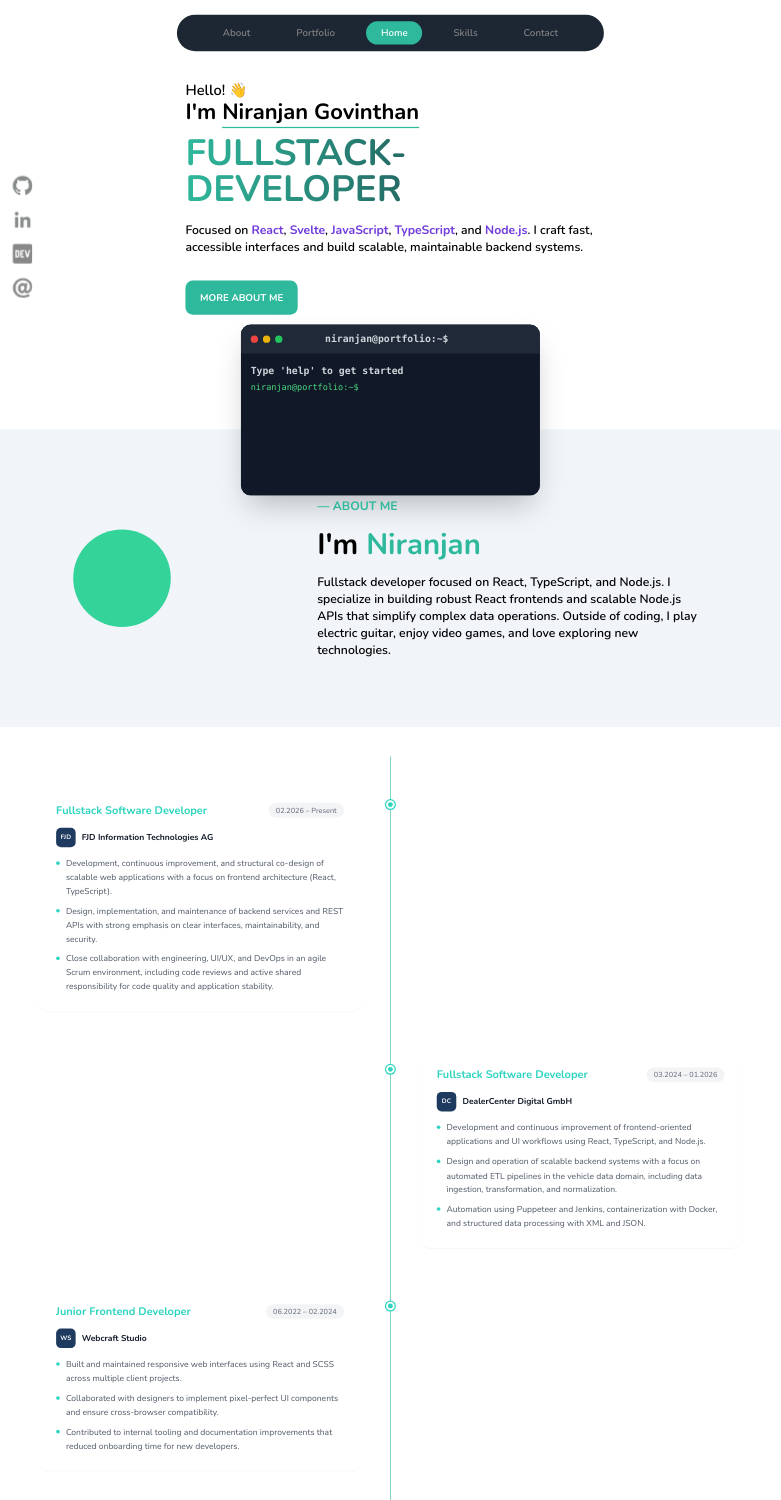
Repository: Niranjan-webdev/My-portfolio
Page: /
An editor plug-in stored every save of this project. The page is shown before and after the next save, followed by the edit.
The browser window is 1280 px wide. The pictures show the whole page, at 61% of full size.
The project was rebuilt for these pictures with package versions that can differ from the ones it lists, and the page was loaded fresh each time. Also part of the build but not shown: next.config.mjs.

Above is the page before, as saved 2026-03-21 11:14:52.

### src/index.css

body {

  margin: 0;
  font-family: "Nunito", sans-serif;
  -webkit-font-smoothing: antialiased;
  -moz-osx-font-smoothing: grayscale;
}

code {
  font-family: source-code-pro, Menlo, Monaco, Consolas, 'Courier New',
    monospace;
}

### src/App.js
import logo from './logo.svg';
import './App.css';
import { RiHeartFill } from '@remixicon/react'
import { Topnavbar, MainContainer } from './components';
// import Topnavbar from './components/Topnavbar';

function App() {
  return (
   <>
    <Topnavbar/>
    <MainContainer/>
   </>
  );
}

export default App;

### src/App.css
@import url('https://fonts.googleapis.com/css2?family=Fira+Code:wght@300..700&family=Nunito:ital,wght@0,200..1000;1,200..1000&display=swap');

@tailwind base;
@tailwind components;
@tailwind utilities;


.topbar__wrapper{
    @apply w-full flex justify-center
}
.topbar__content{
    @apply  py-2 bg-[#1d2734] mt-6 px-6 py-[18px] rounded-[30px] w-[700px]
}
.topbar__content ul {
   @apply flex justify-evenly
}
.topbar__content ul li{

}
.topbar__content ul li a{
    @apply  font-semibold py-2 px-6 rounded-full
}
/* .topbar__content ul li a:hover{
    @apply  text-lg
} */
.socialmedia__bar a img{
    @apply opacity-50
}
/* .burgerMenu span{
    @apply
} */

### src/components/index.js
export {default as Topnavbar} from "./Topnavbar"
export {default as MainContainer} from "./MainContainer"
export {default as Terminal} from "./terminal"
export {default as Timeline} from "./timeLine"
export {default as TimelineCard} from "./TimelineCard"

export {default as github} from "../assets/github-logo-dark.png"
export {default as linkedIn} from "../assets/linkedin-logo-dark.png"
export {default as DevTo} from "../assets/devto-logo-light.png"
export {default as mail} from "../assets/mail-logo-dark.5ab6061889d3fa3a24ef.png"

### src/components/Topnavbar.js
import { useState } from 'react'
import React from 'react'
import logo from '../assets/logo.svg'

function Topnavbar() {
    const [activeTab, setActiveTab] = useState('Home')
    const [isMenuOpen, setIsMenuOpen] = useState(false)

    const navItems = ['About', 'Portfolio', 'Home', 'Skills', 'Contact']

    const handleTabClick = (tabName) => {
        setActiveTab(tabName)
        console.log('Active tab changed to:', tabName)
    }
    const handleModal = () => {
        setIsMenuOpen(!isMenuOpen)
    }
    return (
        <>
            <div className='topbar__wrapper'>
                <nav className='topbar__content'>
                    <ul className=''>
                        {navItems.map((item) => (
                            <li key={item}>
                                <a
                                    onClick={() => handleTabClick(item)}
                                    className={`cursor-pointer transition-colors duration-200 ${activeTab === item
                                            ? 'bg-[#2eb89c] text-white font-semibold px-4 py-2 rounded'
                                            : 'text-[#808080] hover:text-[#2eb89c] px-4 py-2'
                                        }`}
                                >
                                    {item}
                                </a>
                            </li>
                        ))}
                    </ul>
                </nav>
            </div>
           {/* <div className='responsive__topbar fixed bg-white z-50'>
                <button className='burgerMenu fixed right-10 top-10 flex flex-col gap-[3px]'
                onClick={handleModal}>
                    <span className={`px-[12px] py-[2px] bg-black w-full rounded transition-transform duration-300
                      ${  isMenuOpen? 'rotate-45 translate-y-1.5' : ''
                    }`}
                   ></span>
                    <span className={`px-[12px] py-[2px] bg-black w-full rounded
                         ${  isMenuOpen? 'opacity-0' : ''
                }`}></span>
                    <span className={`px-[12px] py-[2px] bg-black w-full rounded transition-transform duration-300
                      ${  isMenuOpen? '-rotate-45 -translate-y-1.5' : ''
                    }`}></span>
                </button>
                <ul className={`responsive__content h-screen w-screen flex flex-col items-center justify-evenly
                ${isMenuOpen ? 'h-screen opacity-100' : 'max-h-0 opacity-0'}`}>
                {navItems.map((item) => (
                            <li key={item}>
                                <a
                                    onClick={() => handleTabClick(item)}
                                    className={"text-2xl font-bold"}>
                                    {item}
                                </a>
                            </li>
                        ))}
                </ul>
            </div>  */}
        </>
    )
}

export default Topnavbar

### src/components/MainContainer.js
import React from 'react'
import hero from '../assets/hero.png'
import logoOutline from '../assets/logo-outline.svg'
import dotcircles from '../assets/dotcircles.svg'
import { Terminal, github, linkedIn, mail, DevTo } from "./index"
import TimeLine from './timeLine'
// import OwlCarousel from 'react-owl-carousel';
// import 'owl.carousel/dist/assets/owl.carousel.css';
// import 'owl.carousel/dist/assets/owl.theme.default.css';

function MainContainer() {
    return (
        <>
            {/* Hero Banner start */}
            <section className='w-full'>
                {/* Social media bar */}
                <div className='socialmedia__bar ml-[1.3rem] fixed top-[40%] flex md:flex-col flex-col gap-6 w-[32px]'>
                    <a><img src={github} /></a>
                    <a><img src={linkedIn} /></a>
                    <a><img src={DevTo} /></a>
                    <a><img src={mail} /></a>
                </div>
                {/* Social media bar */}
                <div className='hero__banner h-[calc(100vh-100px)] flex items-center justify-around px-[5rem] py-[3rem] md:flex flex-wrap gap-4'>
                    <div className='banner__content w-3/5'>
                        <h4 className='text-2xl font-semibold'>Hello! 👋</h4>
                        <h2 className='text-4xl mb-4 font-bold'>I'm <span className='border-b-2 border-[#2eb89c]'>Niranjan Govinthan</span></h2>
                        <h1 className='text-6xl mb-6 font-bold bg-gradient-to-r from-[#2eb89c] to-[#1d2734] text-transparent bg-clip-text'>FULLSTACK-DEVELOPER</h1>
                        <p className='text-xl mb-10 font-semibold'>Focused on  <span className='text-[#713cdd] font-bold'>React</span>,  <span className='text-[#713cdd] font-bold'>Svelte</span>, <span className='text-[#713cdd] font-bold'>JavaScript</span>, <span className='text-[#713cdd] font-bold'>TypeScript</span>, and <span className='text-[#713cdd] font-bold'>Node.js</span>. I craft fast, accessible interfaces and build scalable, maintainable backend systems.</p>
                        <button className='py-4 px-6 bg-[#2eb89c] hover:bg-[#79cdb9] rounded-[12px] text-white text-base font-bold'>MORE ABOUT ME</button>
                    </div>
                    <Terminal />
                </div>
            </section>
            {/* Hero Banner end */}

            {/* About me */}
            <section className=' about__me flex bg-[#f1f5f9]'>
                <div className='about__container w-full py-[7rem] flex items-center justify-around'>
                    <div className='profile'>
                        <div className='p-20 rounded-full bg-emerald-400'></div>
                    </div>
                    <div className='about__content w-1/2'>
                        <h4 className='text-xl font-bold text-[#2eb89c] mb-6'>— ABOUT ME</h4>
                        <h2 className='text-5xl text-[#2eb89c] mb-6 font-bold'><span className='text-black'>I'm</span> Niranjan</h2>
                        <p className='text-xl font-[600]'>Fullstack developer focused on React, TypeScript, and Node.js. I specialize in building robust React frontends and scalable Node.js APIs that simplify complex data operations. Outside of coding, I play electric guitar, enjoy video games, and love exploring new technologies.</p>
                    </div>
                </div>

            </section>
            <TimeLine/>
            {/* About me */}
        </>
    )
}

export default MainContainer

### src/components/terminal.js
import React, { useState, useEffect, useRef } from 'react';

const Terminal = () => {
  const [input, setInput] = useState('');
  const [history, setHistory] = useState([
    { type: 'output', content: "Type 'help' to get started" }
  ]);
  const [currentPath, setCurrentPath] = useState('~');
  const [commandHistory, setCommandHistory] = useState([]);
  const [historyIndex, setHistoryIndex] = useState(-1);
  const inputRef = useRef(null);
  const terminalRef = useRef(null);

  // Sample file system structure
  const fileSystem = {
    '~': {
      type: 'directory',
      contents: {
        'projects': {
          type: 'directory',
          contents: {
            'portfolio': { type: 'directory', contents: {} },
            'blog': { type: 'directory', contents: {} },
            'README.md': { type: 'file', content: 'Welcome to my projects!' }
          }
        },
        'documents': {
          type: 'directory',
          contents: {
            'resume.pdf': { type: 'file', content: 'Resume file' },
            'notes.txt': { type: 'file', content: 'Personal notes' }
          }
        },
        'about.txt': { type: 'file', content: 'Full-stack developer passionate about creating amazing web experiences.' }
      }
    }
  };

  // Available commands
  const commands = {
    help: () => [
      'Available commands:',
      '  help     - Show this help message',
      '  clear    - Clear the terminal',
      '  ls       - List directory contents',
      '  cd       - Change directory',
      '  cat      - Display file contents',
      '  pwd      - Show current directory',
      '  whoami   - Display user information',
      '  date     - Show current date',
      '  echo     - Display text',
      '  about    - About me',
      '  skills   - My technical skills',
      '  contact  - Contact information'
    ],
    clear: () => {
      setHistory([]);
      return [];
    },
    ls: () => {
      const currentDir = getCurrentDirectory();
      if (currentDir && currentDir.contents) {
        return Object.keys(currentDir.contents).map(item => {
          const itemObj = currentDir.contents[item];
          return itemObj.type === 'directory' ? `📁 ${item}/` : `📄 ${item}`;
        });
      }
      return ['Directory not found'];
    },
    pwd: () => [currentPath],
    whoami: () => ['niranjan-dev'],
    date: () => [new Date().toString()],
    about: () => [
      'Hi! I\'m Niranjan, a Full-stack Developer',
      'Focused on JavaScript, Svelte, React, and Node.js',
      'I craft fast, accessible interfaces and build scalable,',
      'maintainable backend systems.',
      '',
      'Currently exploring new technologies and building',
      'innovative web solutions.'
    ],
    skills: () => [
      'Technical Skills:',
      '• Frontend: Svelte, React, TypeScript, JavaScript, HTML5, CSS3',
      '• Backend: Node.js, Express',
      '• Database: MongoDB',
      '• Tools: Git, Linux',
    ],
    contact: () => [
      'Get in touch:',
      '• Email: niranjan.g2k@gmail.com',
      '• GitHub: github.com/niranjanUidev',
      '• LinkedIn: linkedin.com/in/niranjan-dev',
      '• Website: niranjan-dev.de'
    ]
  };

  const getCurrentDirectory = () => {
    const pathParts = currentPath.split('/').filter(part => part !== '');
    let current = fileSystem['~'];

    for (const part of pathParts) {
      if (part === '~') continue;
      if (current.contents && current.contents[part]) {
        current = current.contents[part];
      } else {
        return null;
      }
    }
    return current;
  };

  const processCommand = (cmd) => {
    const trimmedCmd = cmd.trim();
    if (!trimmedCmd) return;

    const [command, ...args] = trimmedCmd.split(' ');

    // Add to command history
    setCommandHistory(prev => [...prev, trimmedCmd]);
    setHistoryIndex(-1);

    // Add command to history display
    setHistory(prev => [...prev, { type: 'command', content: `> ${trimmedCmd}` }]);

    if (commands[command]) {
      const result = commands[command](args);
      if (result.length > 0) {
        setHistory(prev => [...prev, { type: 'output', content: result }]);
      }
    } else if (command === 'echo') {
      setHistory(prev => [...prev, { type: 'output', content: [args.join(' ')] }]);
    } else if (command === 'cat') {
      const filename = args[0];
      const currentDir = getCurrentDirectory();
      if (currentDir && currentDir.contents && currentDir.contents[filename]) {
        const file = currentDir.contents[filename];
        if (file.type === 'file') {
          setHistory(prev => [...prev, { type: 'output', content: [file.content] }]);
        } else {
          setHistory(prev => [...prev, { type: 'output', content: [`cat: ${filename}: Is a directory`] }]);
        }
      } else {
        setHistory(prev => [...prev, { type: 'output', content: [`cat: ${filename}: No such file or directory`] }]);
      }
    } else if (command === 'cd') {
      const dir = args[0] || '~';
      if (dir === '~') {
        setCurrentPath('~');
      } else if (dir === '..') {
        const pathParts = currentPath.split('/').filter(part => part !== '');
        pathParts.pop();
        setCurrentPath(pathParts.length > 0 ? pathParts.join('/') : '~');
      } else {
        const currentDir = getCurrentDirectory();
        if (currentDir && currentDir.contents && currentDir.contents[dir] && currentDir.contents[dir].type === 'directory') {
          setCurrentPath(currentPath === '~' ? dir : `${currentPath}/${dir}`);
        } else {
          setHistory(prev => [...prev, { type: 'output', content: [`cd: ${dir}: No such file or directory`] }]);
        }
      }
    } else {
      setHistory(prev => [...prev, { type: 'output', content: [`Command not found: ${command}. Type 'help' for available commands.`] }]);
    }
  };

  const handleKeyDown = (e) => {
    if (e.key === 'Enter') {
      e.preventDefault();
      processCommand(input);
      setInput('');
    } else if (e.key === 'ArrowUp') {
      e.preventDefault();
      if (commandHistory.length > 0) {
        const newIndex = historyIndex === -1 ? commandHistory.length - 1 : Math.max(0, historyIndex - 1);
        setHistoryIndex(newIndex);
        setInput(commandHistory[newIndex]);
      }
    } else if (e.key === 'ArrowDown') {
      e.preventDefault();
      if (historyIndex !== -1) {
        const newIndex = historyIndex + 1;
        if (newIndex >= commandHistory.length) {
          setHistoryIndex(-1);
          setInput('');
        } else {
          setHistoryIndex(newIndex);
          setInput(commandHistory[newIndex]);
        }
      }
    }
  };

  const handleTerminalClick = () => {
    inputRef.current?.focus();
  };

  useEffect(() => {
    if (terminalRef.current) {
      terminalRef.current.scrollTop = terminalRef.current.scrollHeight;
    }
  }, [history]);

  useEffect(() => {
    inputRef.current?.focus();
  }, []);

  return (
    <div className="w-full max-w-[490px] max-h-[280px] bg-gray-900 rounded-[16px] shadow-2xl overflow-hidden">
      {/* Terminal Header */}
      <div className="bg-gray-800 px-4 py-3 flex items-center justify-between">
        <div className="flex items-center space-x-2">
          <div className="w-3 h-3 bg-red-500 rounded-full"></div>
          <div className="w-3 h-3 bg-yellow-500 rounded-full"></div>
          <div className="w-3 h-3 bg-green-500 rounded-full"></div>
        </div>
        <div className="text-gray-300 text-base font-bold font-mono">
          niranjan@portfolio:~$
        </div>
        <div className="w-16"></div>
      </div>

      {/* Terminal Content */}
      <div
        ref={terminalRef}
        className="bg-gray-900 text-green-400 font-mono text-sm p-4 h-96 cursor-text overflow-y-auto"
        onClick={handleTerminalClick}
      >
        {history.map((item, index) => (
          <div key={index} className="mb-1">
            {item.type === 'command' ? (
              <div className="text-green-500 text-base font-bold">{item.content}</div>
            ) : (
              <div className="text-gray-300 text-base font-bold">
                {Array.isArray(item.content) ? (
                  item.content.map((line, lineIndex) => (
                    <div key={lineIndex}>{line}</div>
                  ))
                ) : (
                  <div>{item.content}</div>
                )}
              </div>
            )}
          </div>
        ))}

        {/* Input Line */}
        <div className="flex items-center">
          <span className="text-green-400 mr-2">
            niranjan@portfolio:{currentPath}$
          </span>
          <input
            ref={inputRef}
            type="text"
            value={input}
            onChange={(e) => setInput(e.target.value)}
            onKeyDown={handleKeyDown}
            className="flex-1 bg-transparent text-green-400 outline-none font-mono"
            autoComplete="off"
            spellCheck="false"
          />
          {/* <span className="text-green-400 animate-pulse">█</span> */}
        </div>
      </div>
    </div>
  );
};

export default Terminal;

### src/components/timeLine.js
import React from 'react';
import TimelineCard from './TimelineCard';

const timelineData = [
  {
    date: '02.2026 – Present',
    title: 'Fullstack Software Developer',
    company: 'FJD Information Technologies AG',
    companyInitials: 'FJD',
    bullets: [
      'Development, continuous improvement, and structural co-design of scalable web applications with a focus on frontend architecture (React, TypeScript).',
      'Design, implementation, and maintenance of backend services and REST APIs with strong emphasis on clear interfaces, maintainability, and security.',
      'Close collaboration with engineering, UI/UX, and DevOps in an agile Scrum environment, including code reviews and active shared responsibility for code quality and application stability.',
    ],
    side: 'left',
  },
  {
    date: '03.2024 – 01.2026',
    title: 'Fullstack Software Developer',
    company: 'DealerCenter Digital GmbH',
    companyInitials: 'DC',
    bullets: [
      'Development and continuous improvement of frontend-oriented applications and UI workflows using React, TypeScript, and Node.js.',
      'Design and operation of scalable backend systems with a focus on automated ETL pipelines in the vehicle data domain, including data ingestion, transformation, and normalization.',
      'Automation using Puppeteer and Jenkins, containerization with Docker, and structured data processing with XML and JSON.',
    ],
    side: 'right',
  },
  {
    date: '06.2022 – 02.2024',
    title: 'Junior Frontend Developer',
    company: 'Webcraft Studio',
    companyInitials: 'WS',
    bullets: [
      'Built and maintained responsive web interfaces using React and SCSS across multiple client projects.',
      'Collaborated with designers to implement pixel-perfect UI components and ensure cross-browser compatibility.',
      'Contributed to internal tooling and documentation improvements that reduced onboarding time for new developers.',
    ],
    side: 'left',
  },
];

function TimeLine() {
  return (
    <div className="relative w-full py-12 mt-[3rem] px-[4rem]">
      {/* Central vertical line */}
      <div className="absolute left-1/2  top-0 bottom-0 w-px bg-[#2eb89c] -translate-x-1/2" />

      <div className="flex flex-col gap-16 relative">
        {timelineData.map((item, i) => (
          <TimelineCard key={i} item={item} />
        ))}
      </div>
    </div>
  );
}

export default TimeLine;

### src/components/TimelineCard.js
import React from 'react';

function TimelineCard({ item }) {
    const isLeft = item.side === 'left';

    const Card = (
      <div className="bg-white rounded-2xl p-7 shadow-sm hover:shadow-md transition-shadow duration-200">
        {/* Header: title + date badge */}
        <div className="flex items-start justify-between gap-3 flex-wrap mb-4">
          <h3 className="text-[#2dd4bf] font-bold text-lg leading-snug m-0">
            {item.title}
          </h3>
          <span className="bg-gray-100 text-gray-500 text-xs font-medium px-3 py-1 rounded-full whitespace-nowrap shrink-0">
            {item.date}
          </span>
        </div>

        {/* Company */}
        <div className="flex items-center gap-2.5 mb-4">
          <div className="w-8 h-8 rounded-lg bg-[#1e3a5f] text-white text-[0.65rem] font-bold flex items-center justify-center tracking-wide shrink-0">
            {item.companyInitials}
          </div>
          <span className="text-sm font-bold text-gray-900">{item.company}</span>
        </div>

        {/* Bullets */}
        <ul className="flex flex-col gap-2.5 p-0 m-0 list-none">
          {item.bullets.map((b, i) => (
            <li key={i} className="flex gap-2.5 text-sm text-gray-600 leading-relaxed">
              <span className="w-1.5 h-1.5 rounded-full bg-[#2dd4bf] shrink-0 mt-[7px]" />
              <span>{b}</span>
            </li>
          ))}
        </ul>
      </div>
    );

    return (
      <div className="grid grid-cols-[1fr_48px_1fr] items-start relative">
        {isLeft ? (
          <>
            <div className="pr-6">{Card}</div>
            <div className="flex justify-center pt-6 z-10">
              <div className="w-3.5 h-3.5 rounded-full bg-[#2dd4bf] border-[3px] border-white ring-2 ring-[#2dd4bf] shrink-0" />
            </div>
            <div />
          </>
        ) : (
          <>
            <div />
            <div className="flex justify-center pt-6 z-10">
              <div className="w-3.5 h-3.5 rounded-full bg-[#2dd4bf] border-[3px] border-white ring-2 ring-[#2dd4bf] shrink-0" />
            </div>
            <div className="pl-6">{Card}</div>
          </>
        )}
      </div>
    );
  }

  export default TimelineCard;

### tailwind.config.js
/** @type {import('tailwindcss').Config} */
module.exports = {
  content: [
    "./src/**/*.{js,jsx,ts,tsx}",
  ],
  theme: {
    container: {
      margin: "3rem",
    },
    extend: {},
  },
  plugins: [],
}

Loaded but not shown: public/index.html (common file); src/index.js (common file); src/reportWebVitals.js (common file)

After the next save:
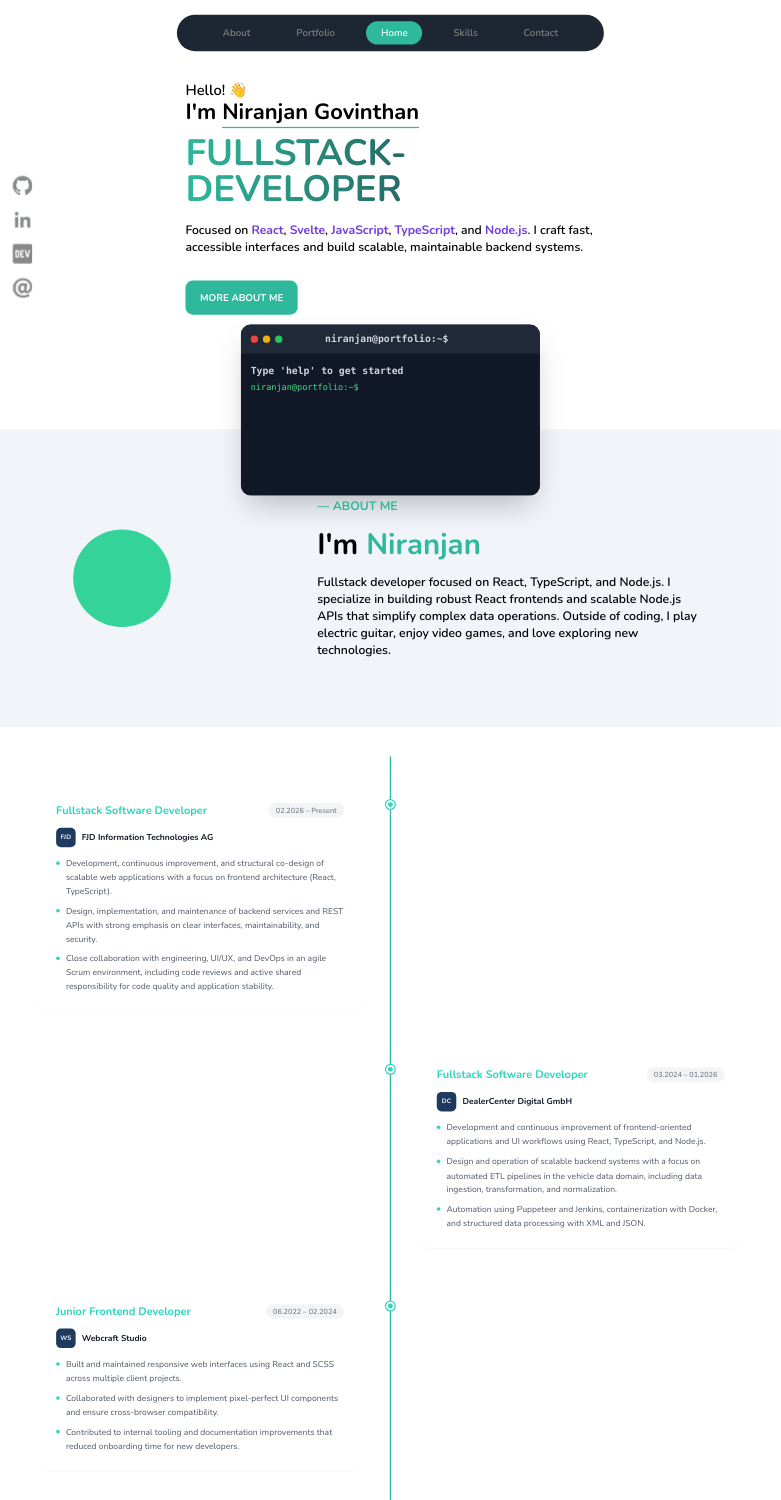
Saved 22 s later.
--- a/src/components/timeLine.js
+++ b/src/components/timeLine.js
@@ -44,7 +44,7 @@ function TimeLine() {
   return (
     <div className="relative w-full py-12 mt-[3rem] px-[4rem]">
       {/* Central vertical line */}
-      <div className="absolute left-1/2  top-0 bottom-0 w-px bg-[#2eb89c] -translate-x-1/2" />
+      <div className="absolute left-1/2  top-0 bottom-0 w-[2px] bg-[#2eb89c] -translate-x-1/2" />
 
       <div className="flex flex-col gap-16 relative">
         {timelineData.map((item, i) => (
